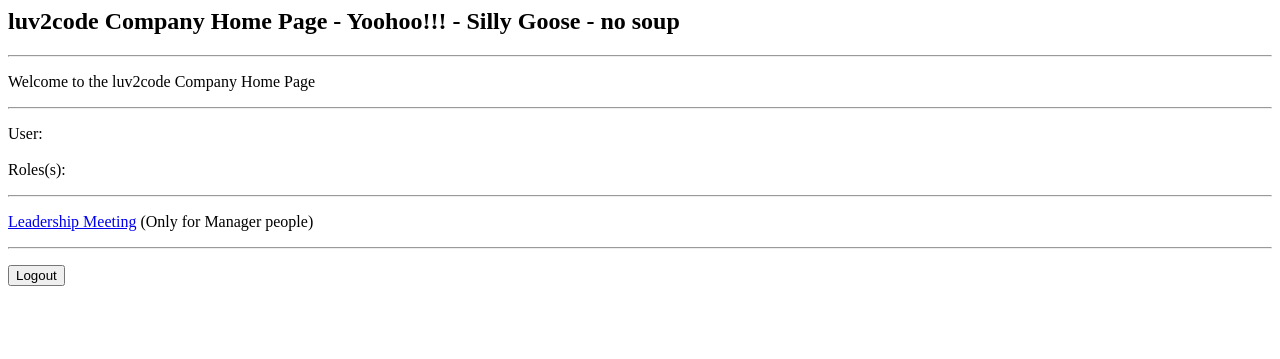
Repository: dchan98/spring-security-demo
Page: http://localhost/spring-security-demo-07-user-roles/WEB-INF/view/home.jsp
These files come from the project's save history. The page is drawn as it stood at one moment and after the next save; the edit follows.
The browser window is 1280 px wide. The pictures show the whole page.
The page is served by Tomcat 9. Nobody is signed in. The template is opened directly, without the code that normally fills it, so the values that code supplies are empty.

Above is the page before, as saved 2019-02-07 20:05:56.

After the next save:
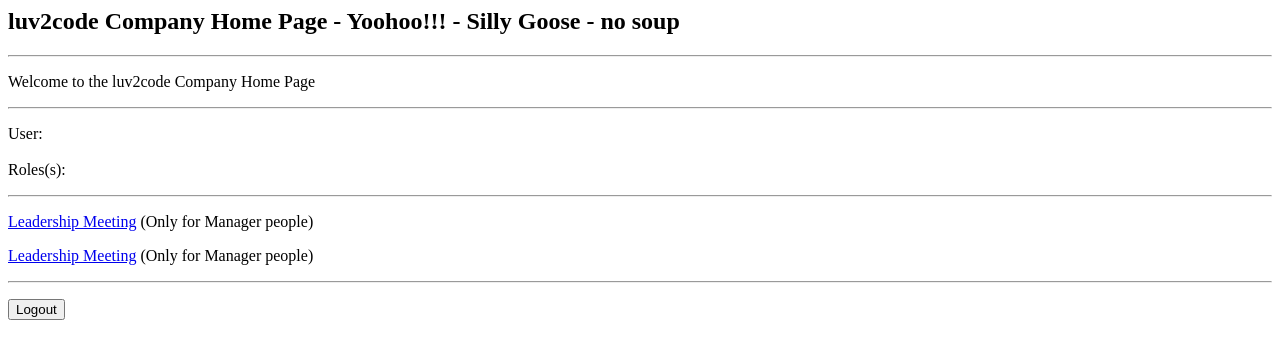
Saved 16 s later.
--- a/spring-security-demo-starter/spring-security-demo-07-user-roles/src/main/webapp/WEB-INF/view/home.jsp
+++ b/spring-security-demo-starter/spring-security-demo-07-user-roles/src/main/webapp/WEB-INF/view/home.jsp
@@ -31,7 +31,10 @@
 	</p>
 
 	<!-- Add a link to point to /systems ... this is for the admins -->
-
+		<p>
+		<a href="${pageContext.request.contextPath}/leaders">Leadership Meeting</a>
+		(Only for Manager people)
+	</p>
 
 
 	<hr>
